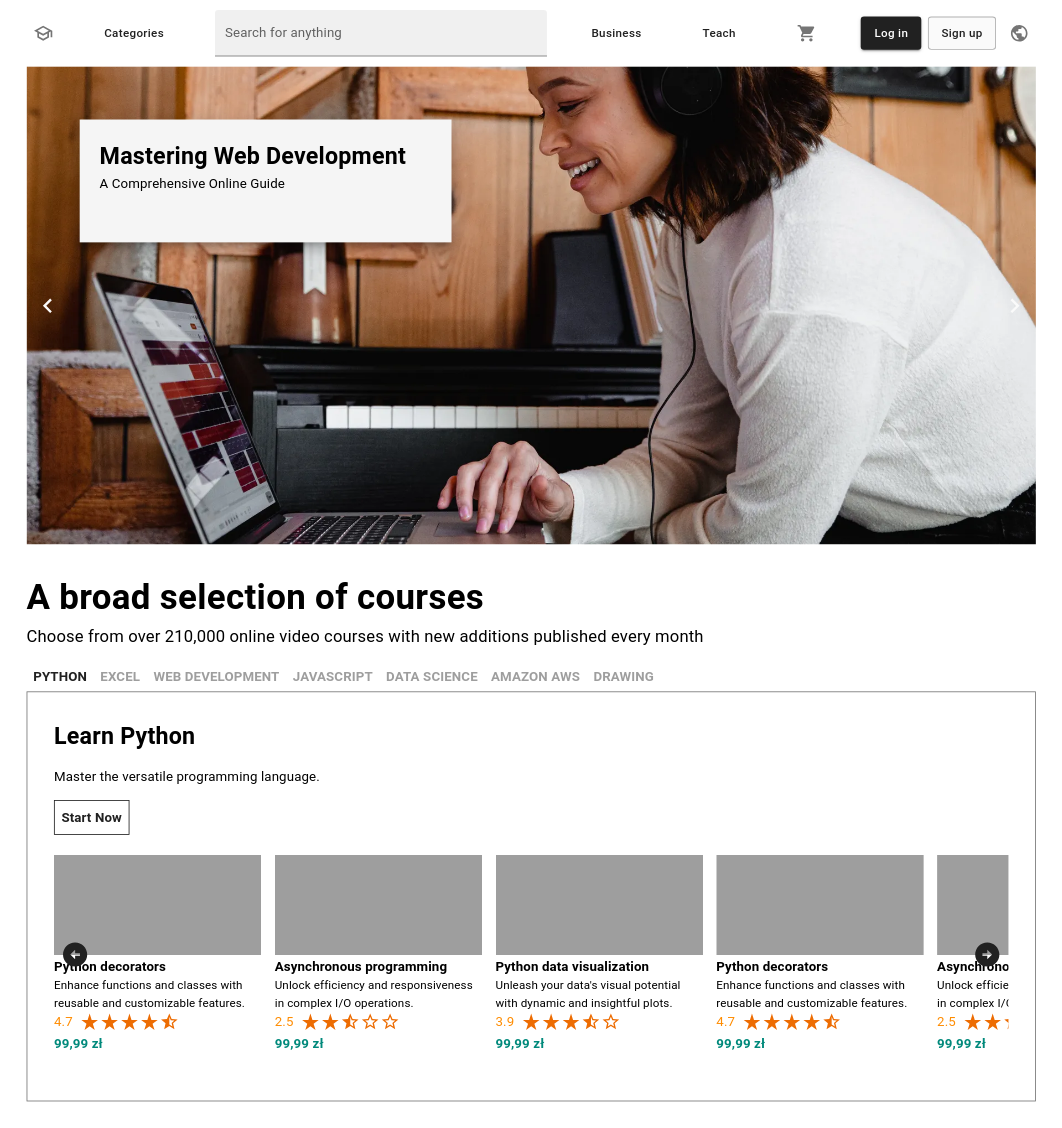
Repository: princ3-web/academy
Page: /
An editor plug-in stored every save of this project. The page is shown before and after the next save, followed by the edit.
The browser window is 1280 px wide. The pictures show the whole page, at 83% of full size.
Pictures or frames that could not be fetched are drawn as grey boxes. The project was rebuilt for these pictures with package versions that can differ from the ones it lists, and the page was loaded fresh each time. Also part of the build but not shown: vite.config.js, src/pages/Courses.jsx, src/pages/Business.jsx, src/pages/Teach.jsx.

Above is the page before, as saved 2023-07-10 14:11:33.

After the next save:
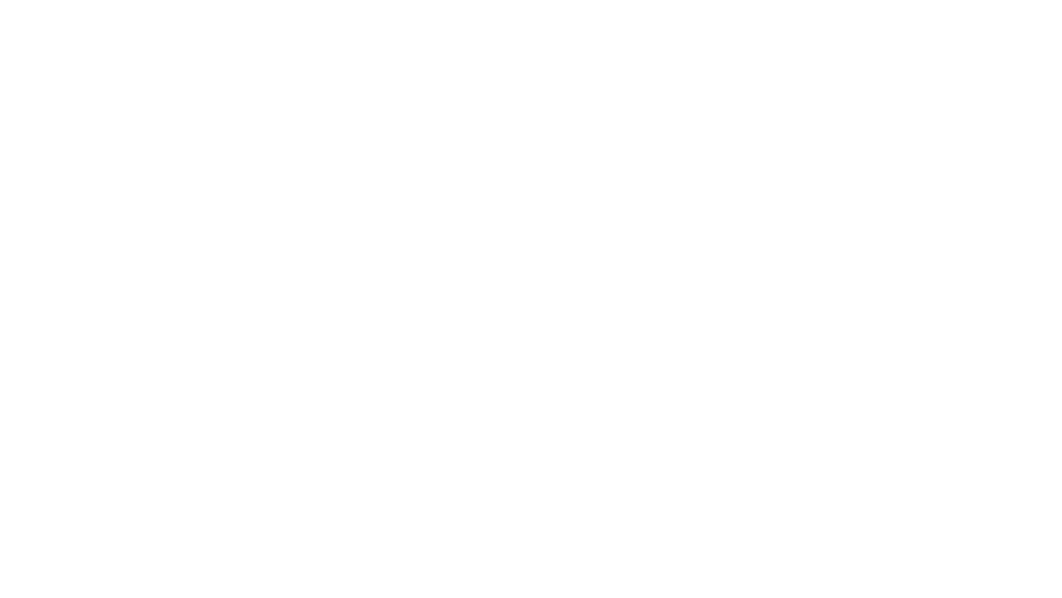
Console error: ReferenceError: image0 is not defined
Saved 12 s later.
--- a/src/components/SingleCarousel.jsx
+++ b/src/components/SingleCarousel.jsx
@@ -1,11 +1,6 @@
 import React, { useState, useEffect } from "react";
 import singleCarouselStyles from "../css/SingleCarousel.module.css";
-import image0 from "../assets/images/image0.webp";
-import image1 from "../assets/images/image1.webp";
-import image2 from "../assets/images/image2.webp";
-import image3 from "../assets/images/image3.webp";
-import image4 from "../assets/images/image4.webp";
-import image5 from "../assets/images/image5.webp";
+
 import KeyboardArrowLeftIcon from "@mui/icons-material/KeyboardArrowLeft";
 import KeyboardArrowRightIcon from "@mui/icons-material/KeyboardArrowRight";
 import IconButton from "@mui/material/IconButton";

After the save that followed:
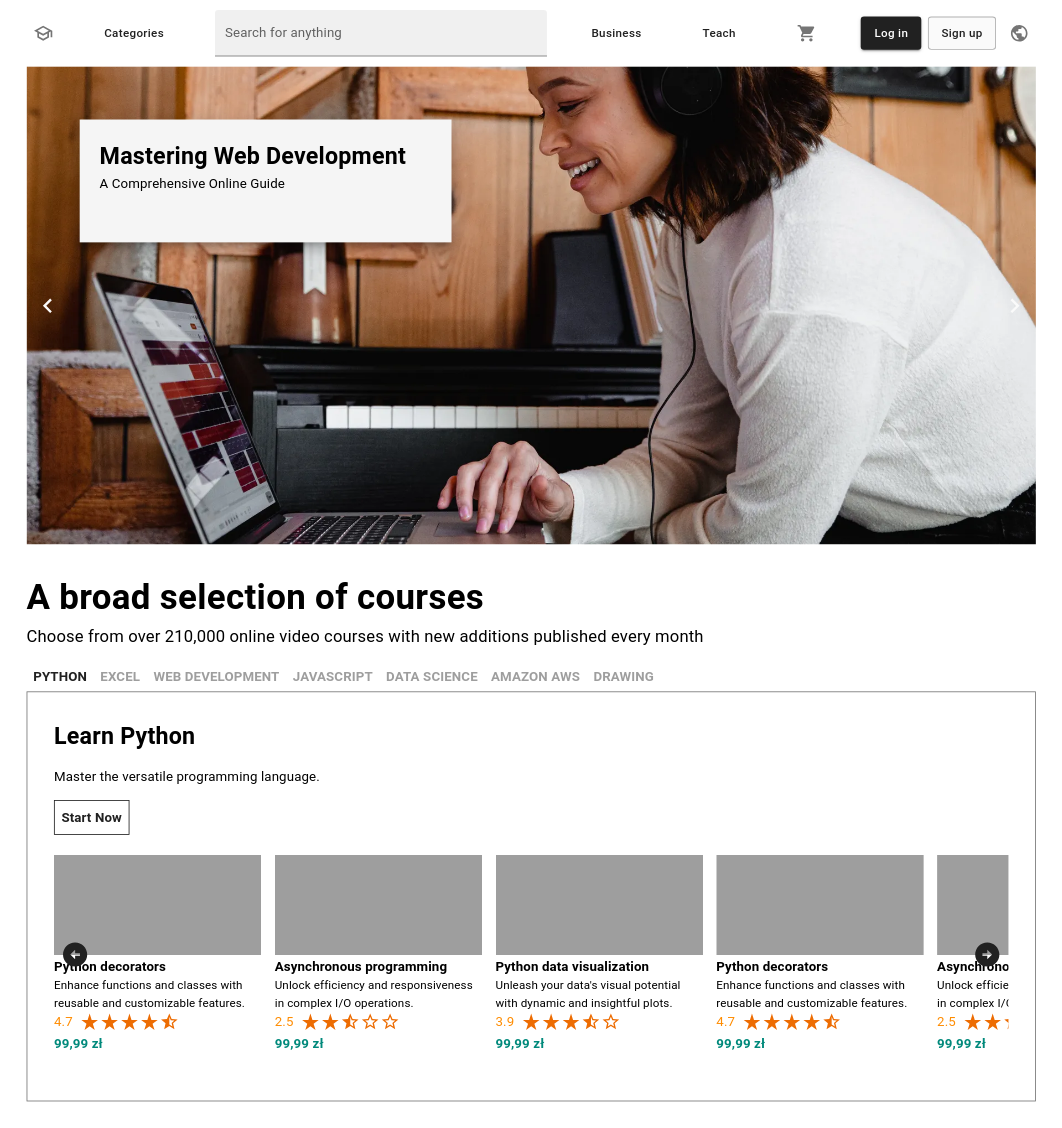
The error is gone.
Saved 7 s later.
--- a/src/components/SingleCarousel.jsx
+++ b/src/components/SingleCarousel.jsx
@@ -1,6 +1,11 @@
 import React, { useState, useEffect } from "react";
 import singleCarouselStyles from "../css/SingleCarousel.module.css";
-
+import image0 from "../assets/images/image0.webp";
+import image1 from "../assets/images/image1.webp";
+import image2 from "../assets/images/image2.webp";
+import image3 from "../assets/images/image3.webp";
+import image4 from "../assets/images/image4.webp";
+import image5 from "../assets/images/image5.webp";
 import KeyboardArrowLeftIcon from "@mui/icons-material/KeyboardArrowLeft";
 import KeyboardArrowRightIcon from "@mui/icons-material/KeyboardArrowRight";
 import IconButton from "@mui/material/IconButton";
